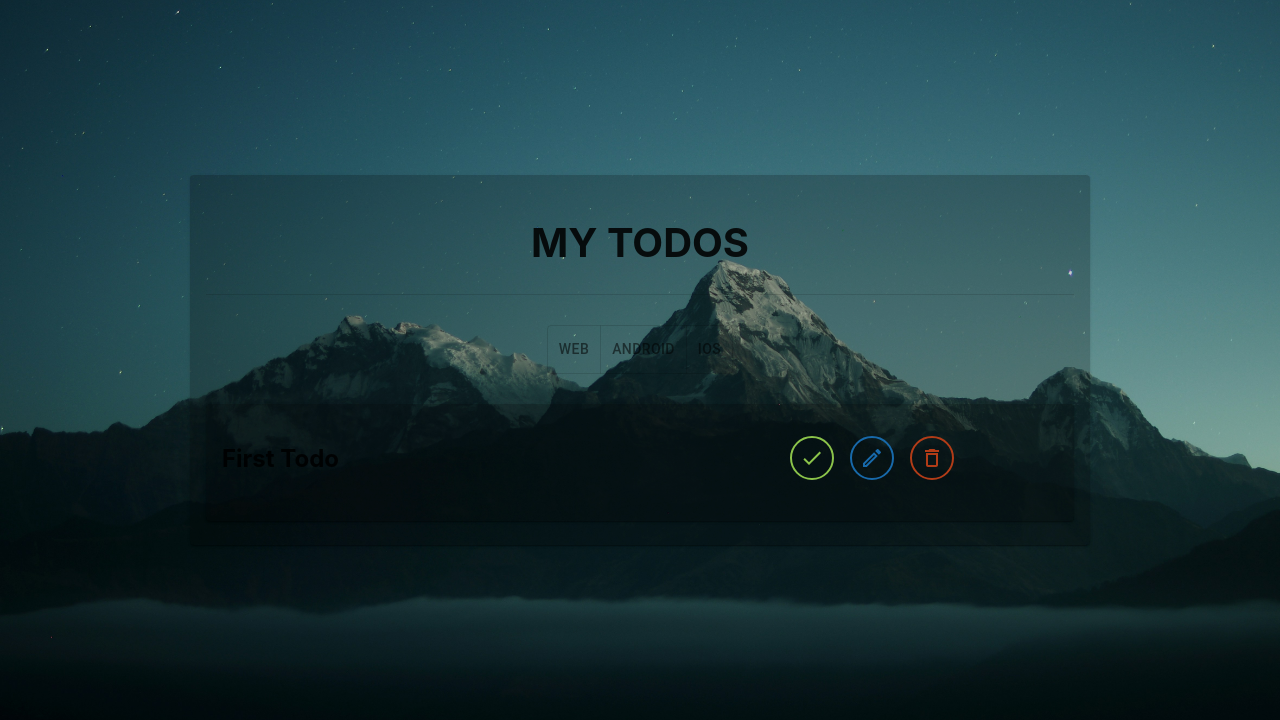
Repository: Ebadahamde/React-CRUDS-Project
Page: /
These files come from the project's save history. The page is drawn as it stood at one moment and after the next save; the edit follows.
The browser window is 1280 px wide. The pictures show the whole page.
The project was rebuilt for these pictures with package versions that can differ from the ones it lists, and the page was loaded fresh each time.

Above is the page before, as saved 2025-08-23 16:56:07.

### src/App.js
import logo from './logo.svg';
import './App.css';
import BasicCard from './Componends/TodosList';

function App() {
  return (
    <div className="App"   style={{
    backgroundImage: "url('/Background2.jpg')",
    backgroundSize: "cover",
    backgroundPosition: "center",
    minHeight: "100vh"
  }}>
     <BasicCard/>
    </div>
  );
}

export default App;

### src/Componends/TodosList.js
import Card from "@mui/material/Card";
import Divider from "@mui/material/Divider";
import CardContent from "@mui/material/CardContent";
import Container from "@mui/material/Container";
// TOGGLE GROUP
import ToggleButton from "@mui/material/ToggleButton";
import ToggleButtonGroup from "@mui/material/ToggleButtonGroup";
import Todo from "./todo";
// TOGGLE GROUP

export default function BasicCard() {
  return (
    <Container
      maxWidth="md"
      sx={{
        display: "flex",
        justifyContent: "center",
        alignItems: "center",
        minHeight: "100vh",
        borderRadius: "100px",
      }}
    >
      <Card sx={{ minWidth: 900, background: "#00000035" }}>
        <CardContent>
          <h1 style={{ fontSize: "40PX" }}>MY TODOS</h1>
          <Divider />

          {/* TOGGLE GROUP */}
          <ToggleButtonGroup
            color="primary"
            //   value={alignment}
            exclusive
            //   onChange={handleChange}
            aria-label="Platform"
            style={{ marginTop: "30px", marginBottom: "30px" }}
          >
            <ToggleButton value="web">Web</ToggleButton>
            <ToggleButton value="android">Android</ToggleButton>
            <ToggleButton value="ios">iOS</ToggleButton>
          </ToggleButtonGroup>
          {/* ====TOGGLE GROUP==== */}
          <Todo />
        </CardContent>
      </Card>
    </Container>
  );
}

### src/Componends/todo.js
import Card from "@mui/material/Card";
import CardContent from "@mui/material/CardContent";
import Grid from "@mui/material/Grid";
import IconButton from "@mui/material/IconButton";
// ICONS

import CheckIcon from "@mui/icons-material/Check";
import DeleteOutlineOutlinedIcon from "@mui/icons-material/DeleteOutlineOutlined";
import ModeEditOutlineOutlinedIcon from "@mui/icons-material/ModeEditOutlineOutlined";


export default function Todo() {
  return (
    <Card sx={{ background: "#00000035", minWidth: 275 }}>
      <CardContent>
        <Grid container spacing={2}>
          <Grid size={8}>
            <p style={{fontWeight:"bold" , fontSize: "24px", textAlign: "left" }}>First Todo</p>
          </Grid>
          <Grid
              xs={4}
              display="flex"
              justifyContent="space-around"
              alignItems="center"
              gap={2}
            >
              <IconButton
                className="iconButton"
                aria-label="delete"
                style={{
                  color: "#8bc34a",
                  // background: "white",
                  border: "solid #8bc34a 2px",
                }}
              >
                <CheckIcon />
              </IconButton>

              <IconButton
                className="iconButton"
                aria-label="delete"
                style={{
                  color: "#1769aa",
                  // background: "white",
                  border: "solid #1769aa 2px",
                }}
              >
                <ModeEditOutlineOutlinedIcon />
              </IconButton>

              <IconButton
                className="iconButton"
                aria-label="delete"
                style={{
                  color: "#b23c17",
                  // background: "white",
                  border: "solid #b23c17 2px",
                }}
              >
                <DeleteOutlineOutlinedIcon />
              </IconButton>
            </Grid>
        </Grid>
      </CardContent>
    </Card>
  );
}

Loaded but not shown: public/index.html (common file); src/index.js (common file); src/index.css (common file); src/reportWebVitals.js (common file); src/App.css (common file)

After the next save:
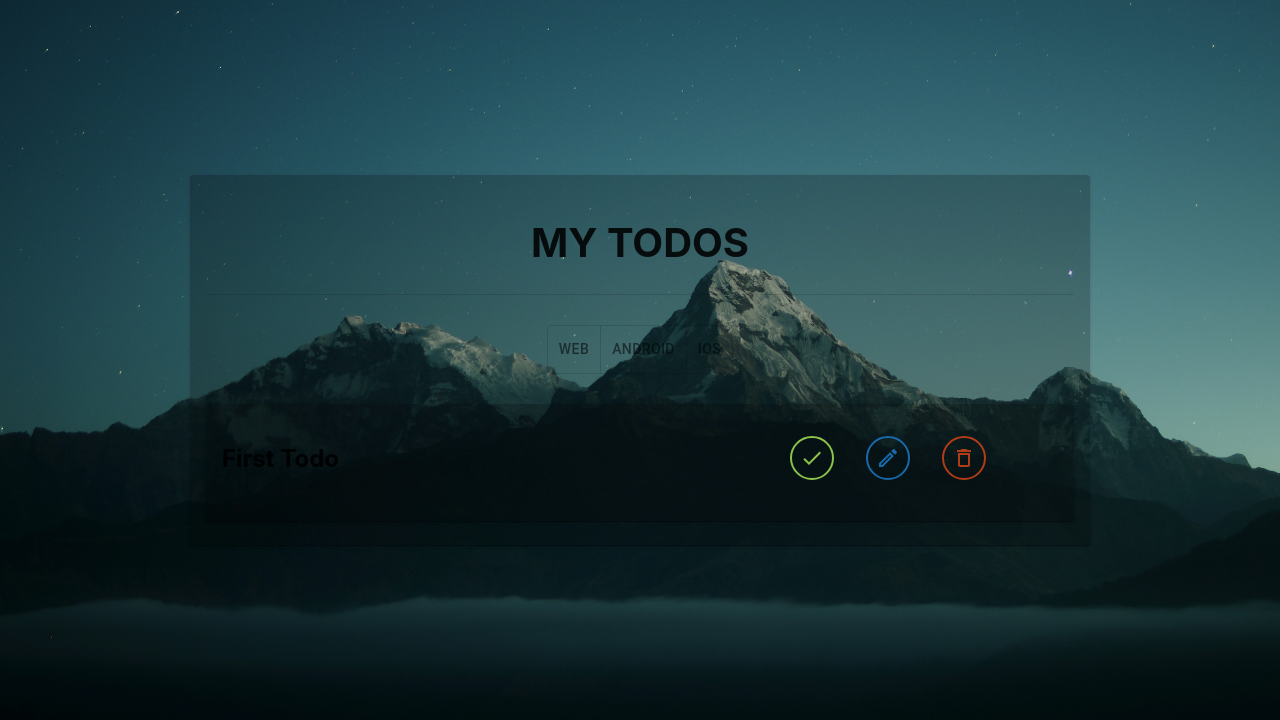
Saved 14 s later.
--- a/src/Componends/todo.js
+++ b/src/Componends/todo.js
@@ -22,7 +22,7 @@ export default function Todo() {
               display="flex"
               justifyContent="space-around"
               alignItems="center"
-              gap={2}
+              gap={4}
             >
               <IconButton
                 className="iconButton"
